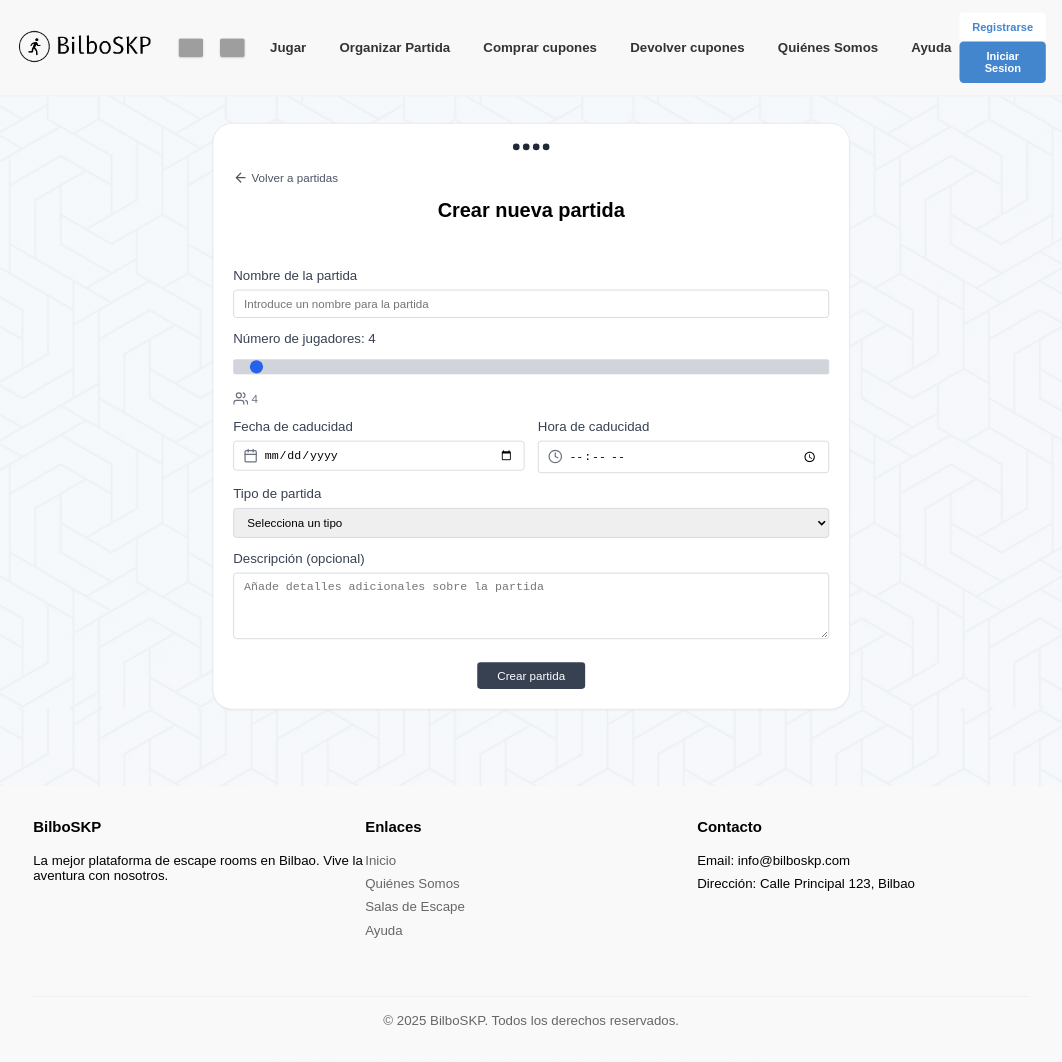
Repository: Andrew1447/Reto3-main
Page: http://localhost/bilboSKP/OrgPartida.jsp
These files come from the project's save history. The page is drawn as it stood at one moment and after the next save; the edit follows.
The browser window is 1280 px wide. The pictures show the whole page, at 83% of full size.
Pictures or frames that could not be fetched are drawn as grey boxes. Backgrounds fixed to the window are drawn as part of the page. Some web fonts or font styles are not loaded; a fallback is used. The page is served by Tomcat 9. The template is opened directly, without the code that normally fills it, so the values that code supplies are empty.

Above is the page before, as saved 2025-04-27 15:26:39.

After the next save:
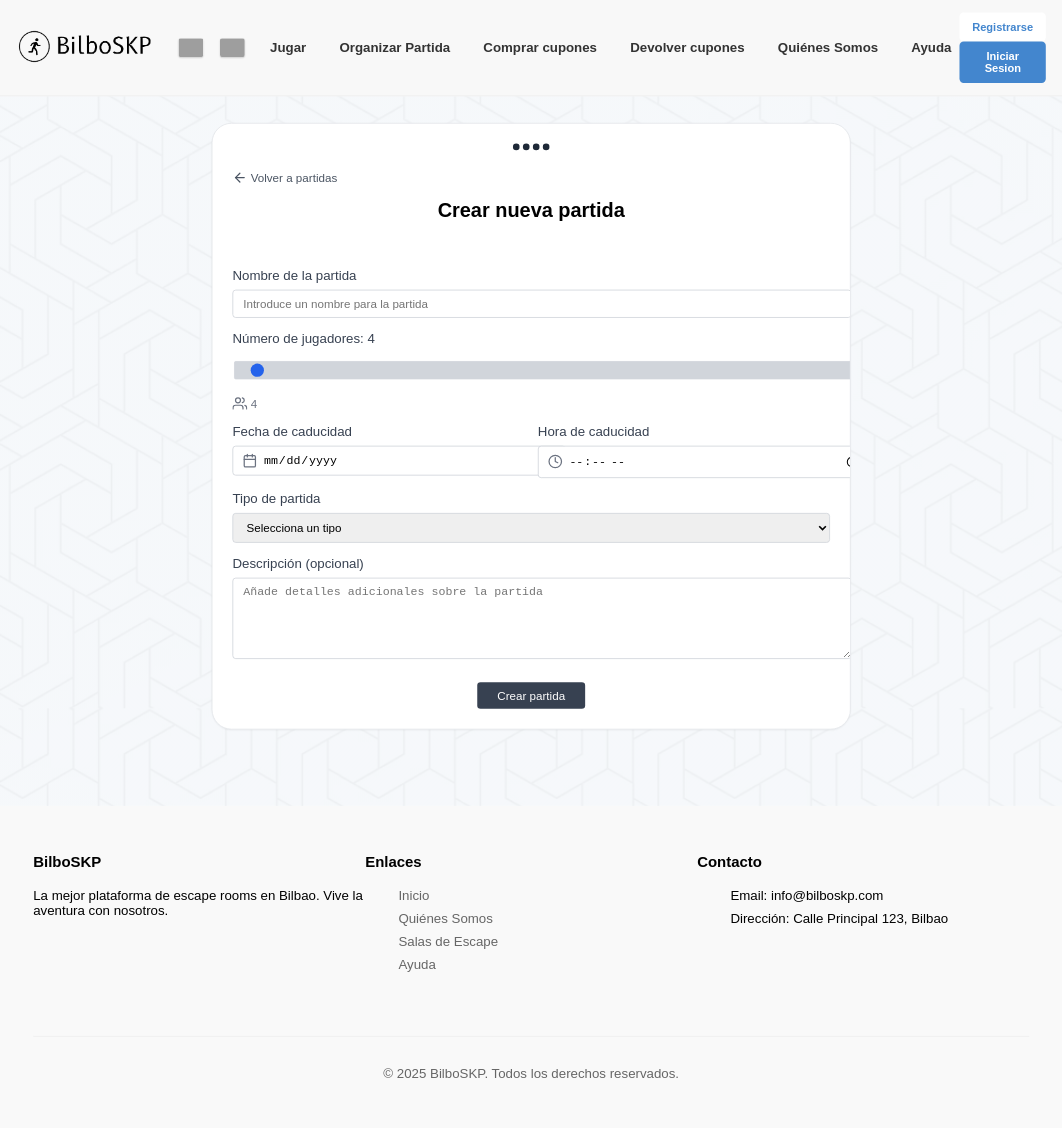
Saved 3 min 28 s later.
--- a/bilboSKP/src/main/webapp/styles/OrgPartida.css
+++ b/bilboSKP/src/main/webapp/styles/OrgPartida.css
@@ -1,14 +1,4 @@
-@charset "ISO-8859-1";
-* {
-      margin: 0;
-      padding: 0;
-      box-sizing: border-box;
-    }
-
-
-
-
-    /* Contenido principal */
+
     main {
       padding: 32px 16px;
       display: flex;
